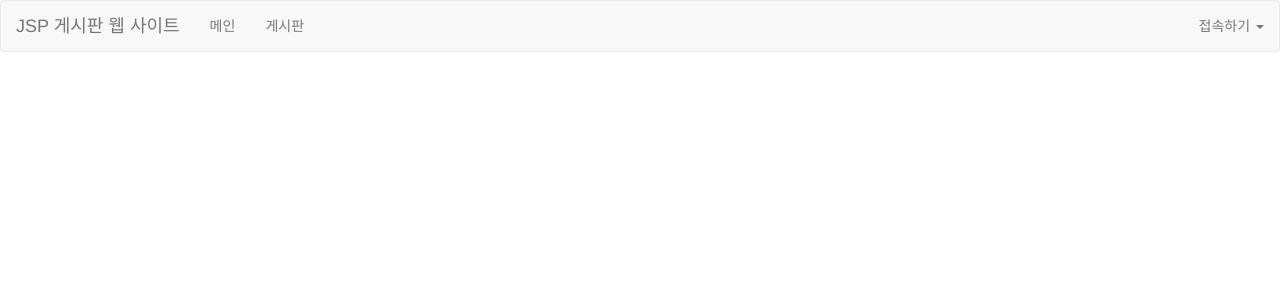
Repository: TheChok/BbsClone
Page: http://localhost/BBS/login.jsp
The author's editor kept a copy of each file at every save. The page is drawn from the files as they stood at one save, then again after the next save.
The browser window is 1280 px wide. The pictures show the whole page.
Some web libraries are served in a nearby version. The page is served by Tomcat 9. Other server files are loaded and not shown.

Above is the page before, as saved 2023-09-20 11:56:05.

### BBS/src/main/webapp/login.jsp
<%@ page language="java" contentType="text/html; charset=UTF-8" pageEncoding="UTF-8"%>
<!DOCTYPE html>
<html>
<head>
	<meta http-equiv="Content-Type" content="text/html; charset=UTF-8">
	<meta name="viewport" content="width=device-width", initial-scale="1">
	<link rel="stylesheet" href="css/bootstrap.css">
	<title>JSP 게시판 웹 사이트</title>

</head>
<body>

	<!-- navbar -->
	<nav class="navbar navbar-default">
		<div class="navbar-header">
			<button type="button" class="navbar-toggle"
				data-toggle="collapse" data-target="#bs-example-navbar-collapse-1"
				aria-expanded="false">
				<span class="icon-bar"></span>
				<span class="icon-bar"></span>
				<span class="icon-bar"></span>
			</button>
			<a class="navbar-brand" href="main.jsp">JSP 게시판 웹 사이트</a>
		</div>
		<div class="collapse navbar-collapse" id="bs-example-navbar-collapse-1">
			<ul class="nav navbar-nav">
				<li><a href="main.jsp">메인</a></li>
				<li><a href="bbs.jsp">게시판</a></li>
			</ul>
			<ul class="nav navbar-nav navbar-right">
				<li class="dropdown">
					<a href="#" class="dropdown-toggle"
						data-toggle="dropdown" role="button" aria-haspopup="true"
						aria-expanded="false">
						접속하기
						<span class="caret"></span>
					</a>
					<ul class="dropdown-menu">
						<li class="active">
							<a href="login.jsp">로그인</a>
						</li>
						<li>
							<a href="join.jsp">회원가입</a>
						</li>
					</ul>
				</li>
			</ul>
		</div>
	</nav>
	<!-- End - navbar -->

	<!-- container -->
	<div class="container">
		<div class="col-lg-4"></div>
		<div class="col-lg-4">
			<div>

			</div>
		</div>
	</div>



	<script src="https://code.jquery.com/jquery-3.1.1.min.js"></script>
	<script src="js/bootstrap.js"></script>
</body>
</html>

Loaded but not shown: BBS/src/main/webapp/css/bootstrap.css (library); BBS/src/main/webapp/js/bootstrap.js (library)

After the next save:
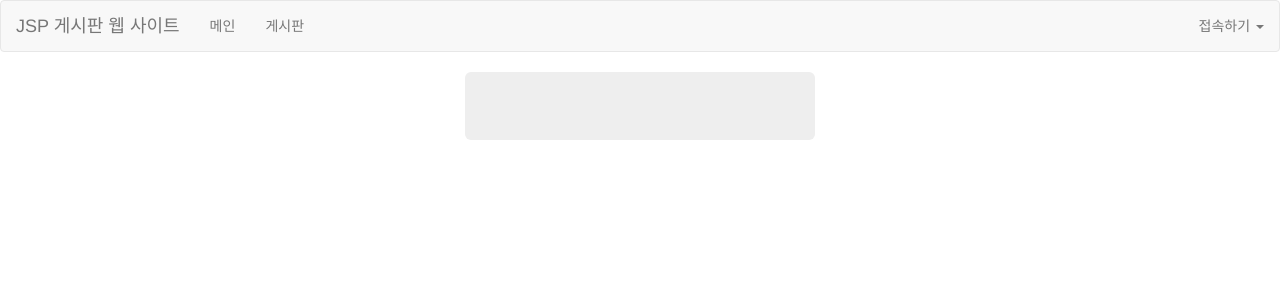
Saved 11 s later.
--- a/BBS/src/main/webapp/login.jsp
+++ b/BBS/src/main/webapp/login.jsp
@@ -53,7 +53,7 @@
 	<div class="container">
 		<div class="col-lg-4"></div>
 		<div class="col-lg-4">
-			<div>
+			<div class="jumbotron" style="padding-top:20px;">
 
 			</div>
 		</div>
